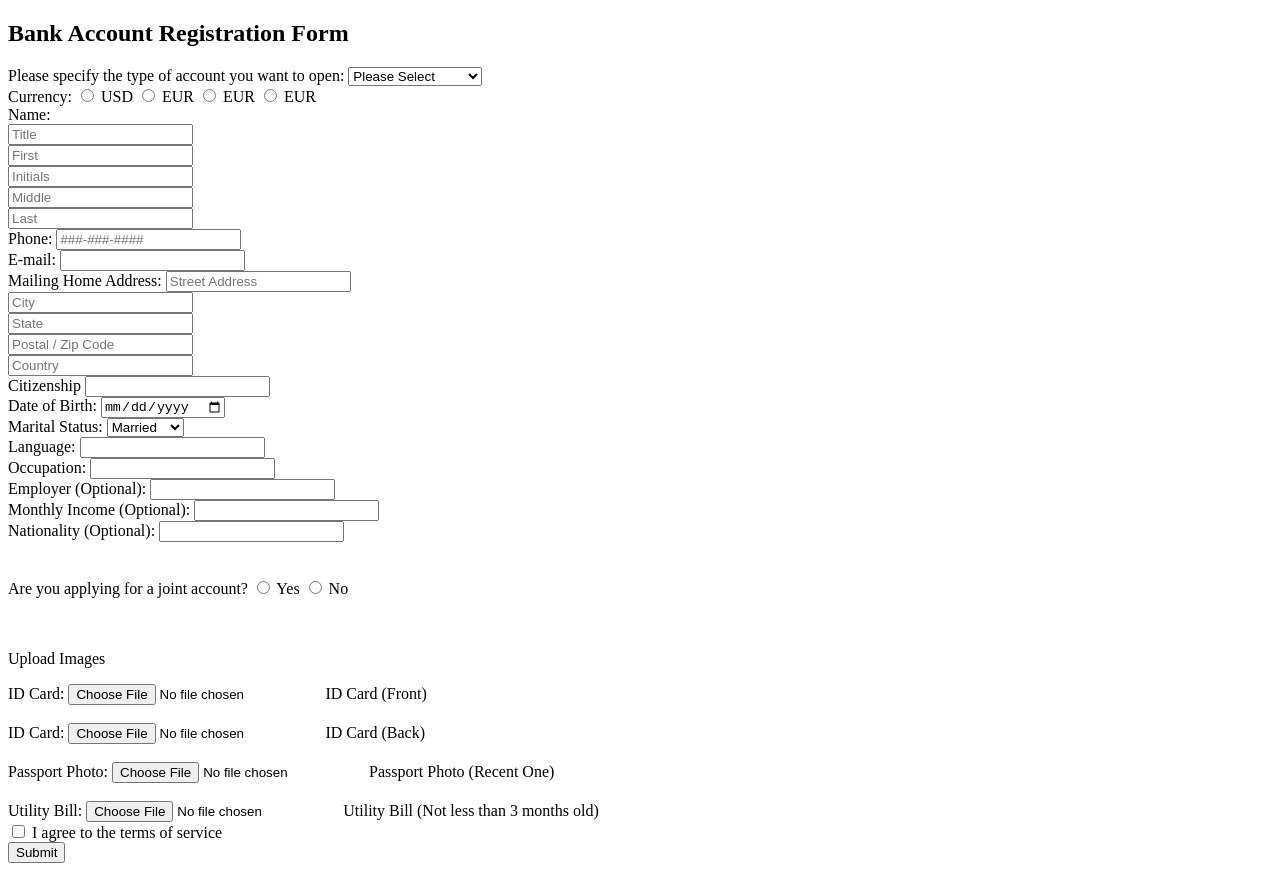
Repository: hizeetech/First-Assignment
Page: sign_up.html
The author's editor kept a copy of each file at every save. The page is drawn from the files as they stood at one save, then again after the next save.
The browser window is 1280 px wide. The pictures show the whole page.

Above is the page before, as saved 2024-11-09 02:45:12.

### sign_up.html
<!DOCTYPE html>
<html lang="en">
<head>
    <meta charset="UTF-8">
    <meta name="viewport" content="width=device-width, initial-scale=1.0">
    <title>Bank Account Registration Form</title>

</head>
<body>

<div>
    <h2>Bank Account Registration Form</h2>
    <form action="#" method="post">

        <div>
            <label for="account-type">Please specify the type of account you want to open:</label>
            <select id="account-type" name="account_type" required>
                <option value="">Please Select</option>
                <option value="savings">Savings Account</option>
                <option value="current">Current Account</option>
                <option value="corporate">Corporate Account</option>
            </select>
        </div>

        <div>
            <label>Currency:</label>
            <label><input type="radio" name="currency" value="NGN" required> USD</label>
            <label><input type="radio" name="currency" value="USD"> EUR</label>
            <label><input type="radio" name="currency" value="EUR"> EUR</label>
            <label><input type="radio" name="currency" value="POUNDS"> EUR</label>
        </div>

        <div>
            <label for="title">Name:</label>
            <div class="inline"><input type="text" id="title" name="title" placeholder="Title"></div>
            <div class="inline"><input type="text" name="first_name" placeholder="First" required></div>
            <div class="inline"><input type="text" name="initials" placeholder="Initials"></div>
            <div class="inline"><input type="text" name="middle_name" placeholder="Middle"></div>
            <input type="text" name="last_name" placeholder="Last" required>
        </div>

        <div>
            <label for="phone">Phone:</label>
            <input type="tel" id="phone" name="phone" placeholder="###-###-####" required>
        </div>

        <div>
            <label for="email">E-mail:</label>
            <input type="email" id="email" name="email" required>
        </div>

        <div>
            <label for="address">Mailing Home Address:</label>
            <input type="text" id="address" name="address" placeholder="Street Address" required>
            <div class="inline"><input type="text" name="city" placeholder="City" required></div>
            <div class="inline"><input type="text" name="state" placeholder="State" required></div>
            <div class="inline"><input type="text" name="postal_code" placeholder="Postal / Zip Code" required></div>
            <input type="text" name="country" placeholder="Country" required>
        </div>

        <div>
            <label for="citizenship">Citizenship</label>
            <input type="citizenship" id="citizenship" name="citizenship" required>
        </div>

        <div>
            <label for="dob">Date of Birth:</label>
            <input type="date" id="dob" name="dob" required>
        </div>

        <div>
            <label for="marital-status">Marital Status:</label>
            <select id="marital-status" name="marital_status" required>
                <option value="married">Married</option>
                <option value="single">Single</option>
                <option value="divorced">Divorced</option>
                <option value="widowed">Widowed</option>
            </select>
        </div>

        <div>
            <label for="language">Language:</label>
            <input type="text" id="language" name="language" required>
        </div>
        <div>
            <label for="occupation">Occupation:</label>
            <input type="text" id="occupation" name="occupation" required>
        </div>
        <div>
            <label for="employer">Employer (Optional):</label>
            <input type="text" id="employer" name="employer">
        </div>
        <div>
            <label for="income">Monthly Income (Optional):</label>
            <input type="text" id="income" name="monthly_income">
        </div>


        <div>
            <label for="nationality">Nationality (Optional):</label>
            <input type="text" id="nationality" name="nationality">
        </div>
        <br><br>
        <div>
            <label>Are you applying for a joint account?</label>
            <label><input type="radio" name="joint_account" value="yes"> Yes</label>
            <label><input type="radio" name="joint_account" value="no"> No</label>
        </div>
<br><br>
        <div>
            <p>Upload Images</p>
            <label for="id_card">ID Card:</label>
            <input type="file" accept="image/png, image/jpg, image/jpeg, image/webp, image/gif">
            <label for="id-card">ID Card (Front)</label><br><br>
            <label for="id_card">ID Card:</label>
            <input type="file" accept="image/png, image/jpg, image/jpeg, image/webp, image/gif">
            <label for="id-card">ID Card (Back)</label><br><br>
            <label for="passportPhoto">Passport Photo:</label>
            <input type="file" accept="image/png, image/jpg, image/jpeg, image/webp, image/gif">
            <label for="id-card">Passport Photo (Recent One)</label><br><br>
            <label for="utility_bill">Utility Bill:</label>
            <input type="file" accept="image/png, image/jpg, image/jpeg, image/webp, image/gif">
            <label for="id-card">Utility Bill (Not less than 3 months old)</label>
        </div>

        <div>
            <input type="checkbox" id="terms" name="terms" required>
            <label for="terms">I agree to the terms of service</a></label>
        </div>



        <button type="submit" class="submit-btn">Submit</button>
    </form>
</div>

</body>
</html>

After the next save:
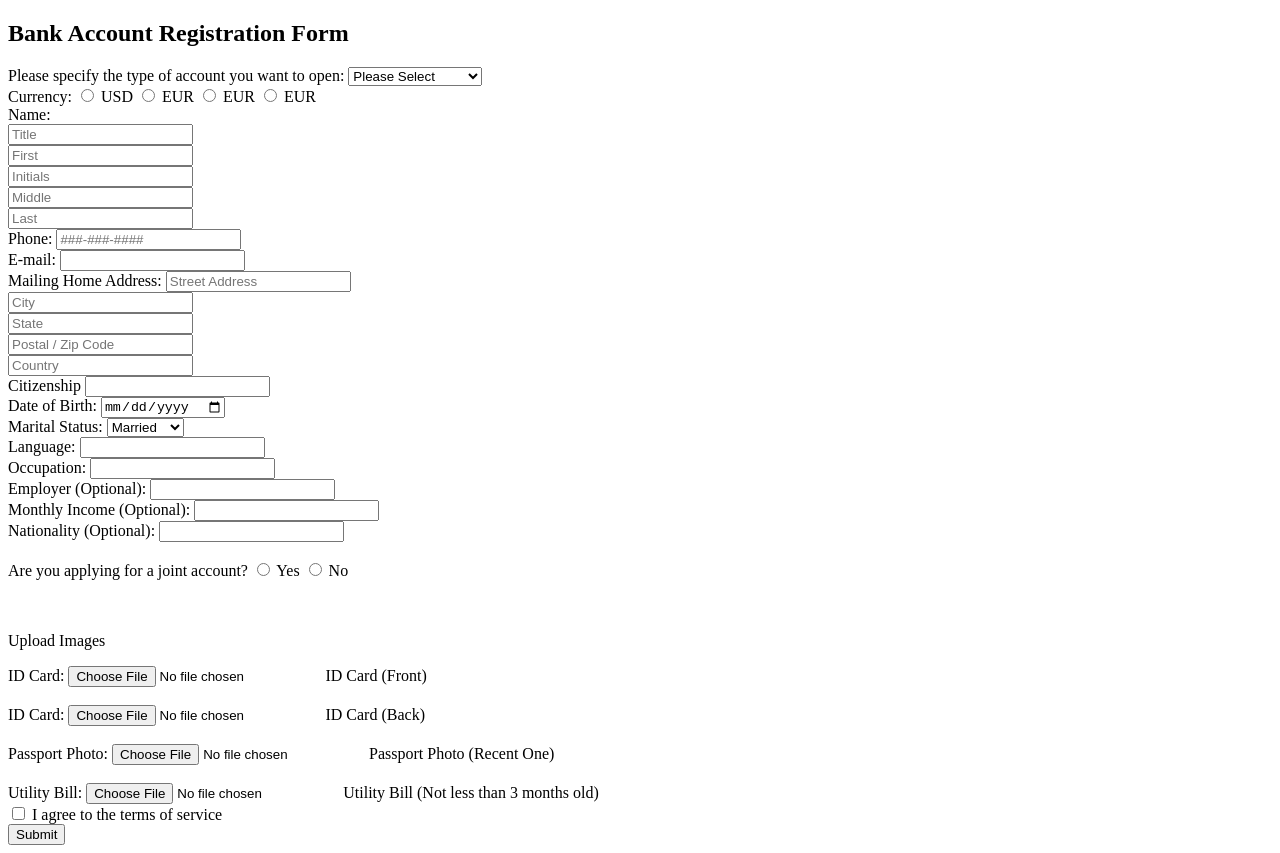
Saved 13 s later.
--- a/sign_up.html
+++ b/sign_up.html
@@ -100,7 +100,7 @@
             <label for="nationality">Nationality (Optional):</label>
             <input type="text" id="nationality" name="nationality">
         </div>
-        <br><br>
+        <br>
         <div>
             <label>Are you applying for a joint account?</label>
             <label><input type="radio" name="joint_account" value="yes"> Yes</label>
